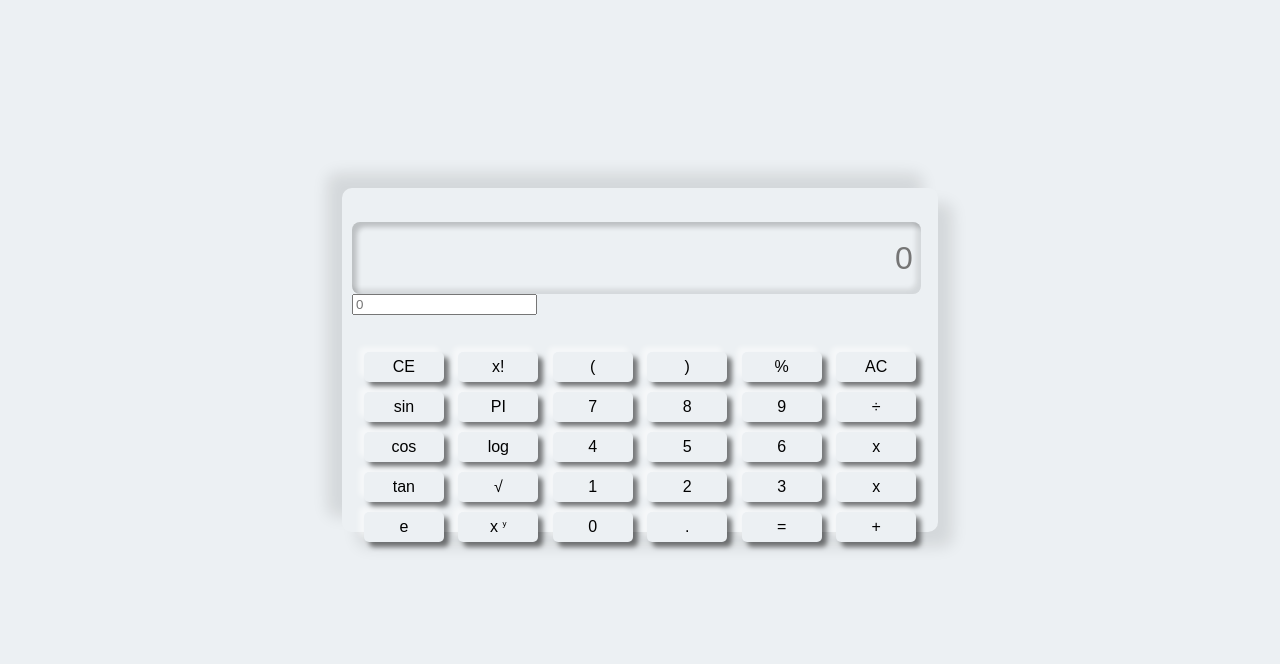
Repository: Haakim19/Scientific-Calculator
Page: intex.html
An editor plug-in stored every save of this project. The page is shown before and after the next save, followed by the edit.
The browser window is 1280 px wide. The pictures show the whole page.

Above is the page before, as saved 2024-10-27 12:21:27.

After the next save:
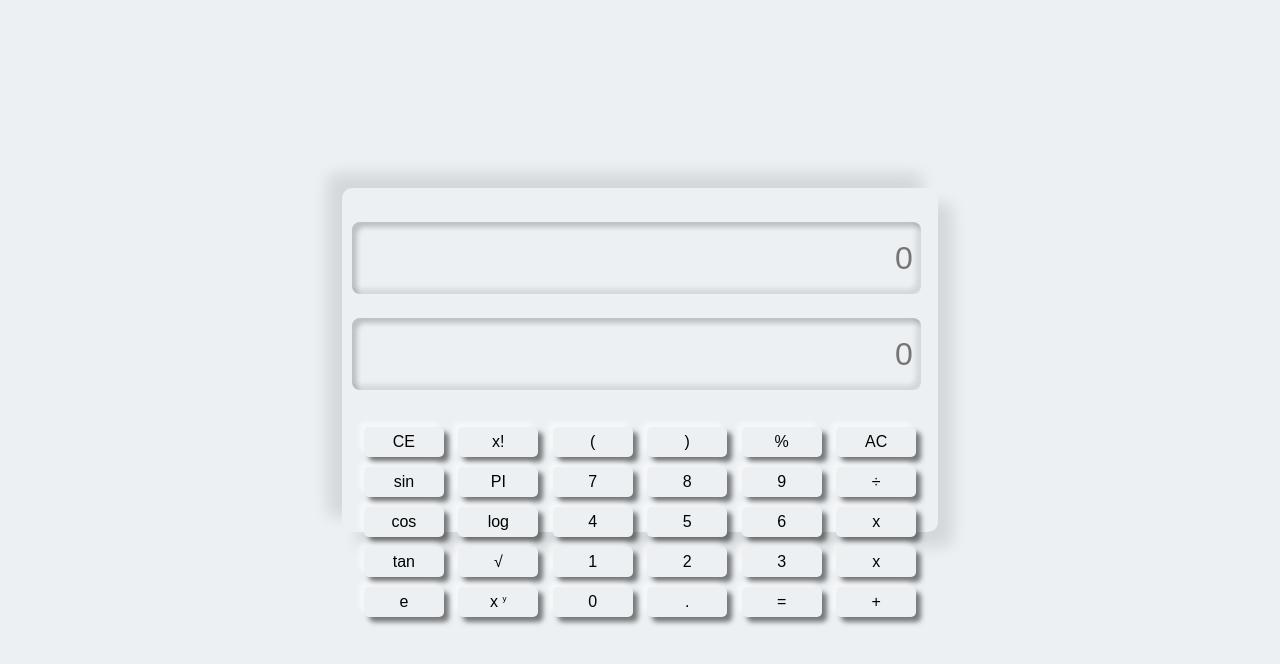
Saved 6 s later.
--- a/Style.css
+++ b/Style.css
@@ -33,7 +33,7 @@ body{
                 inset -5px -5px 5px rgba(0, 0, 0, 0.1);
 
 }
-.display .display1 #screen{
+.display .display2 #screen{
     width: 97%;
     height: 70px;
     border: none;
